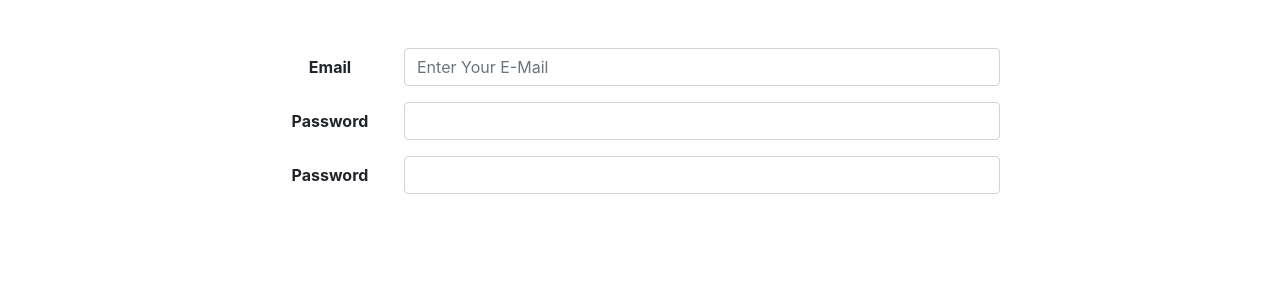
Repository: mariamkhaledsapra/E-Commerce-main
Page: /login
The author's editor kept a copy of each file at every save. The page is drawn from the files as they stood at one save, then again after a run of saves.
The browser window is 1280 px wide. The pictures show the whole page.
The project was rebuilt for these pictures with package versions that can differ from the ones it lists, and the page was loaded fresh each time. Also part of the build but not shown: src/components/Navbar.jsx.

Above is the page before, as saved 2024-02-13 21:33:04.

After the next 2 saves:
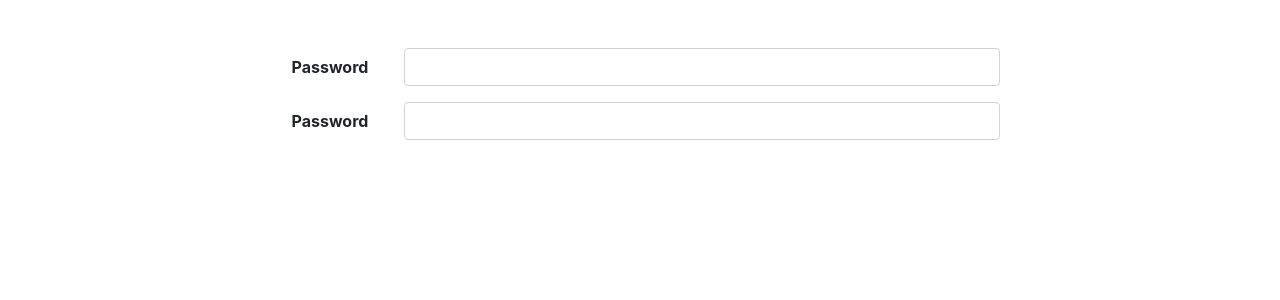
The 2 saves are shown as one change because they came seconds apart.
The last was saved 8 s later.
--- a/src/components/Login.jsx
+++ b/src/components/Login.jsx
@@ -4,14 +4,8 @@ const Login = () => {
   return (
     <div className="container d-flex justify-content-center flex-wrap mt-5">
       {" "}
-      <div className="mb-3 row col-8">
-        <label for="staticEmail" className="col-sm-2 col-form-label fw-bolder">
-          Email
-        </label>
-        <div className="col-sm-10">
-          <input type="email" className="form-control" placeholder="Enter Your E-Mail" />
-        </div>
-      </div>
+
+
       <div className="mb-3 row col-8">
         <label
           for="inputPassword"
